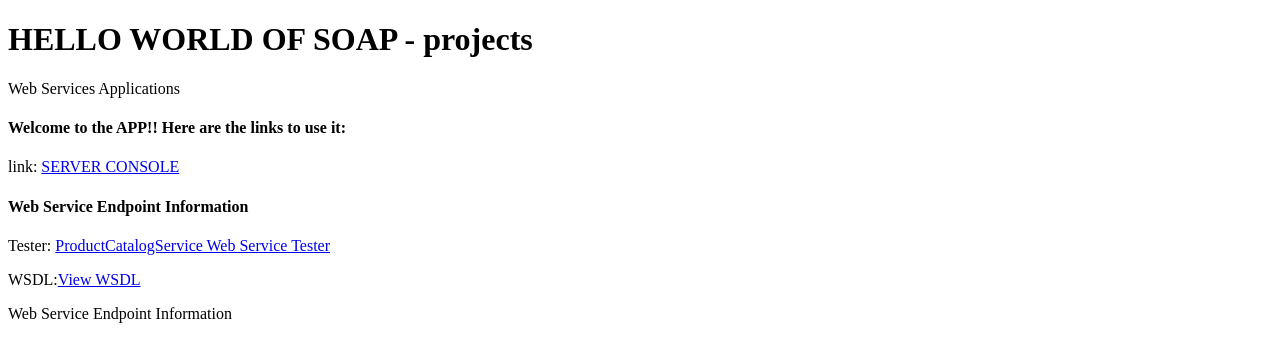
Repository: atafs/BackEnd_JAX-JAX-WS_SOAP
Page: http://localhost/Project_003_SOAP_server_ServiceAndContractFirst/
These files come from the project's save history. The page is drawn as it stood at one moment and after the next save; the edit follows.
The browser window is 1280 px wide. The pictures show the whole page.
The page is served by Tomcat 9.

Above is the page before, as saved 2016-01-26 11:24:12.

After the next save:
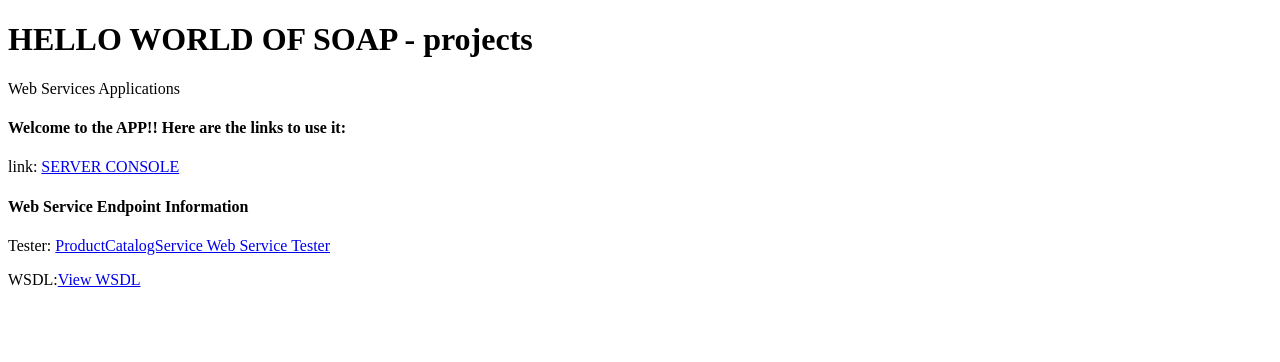
Saved 30 s later.
--- a/Project_003_SOAP_server_ServiceAndContractFirst/WebContent/index.jsp
+++ b/Project_003_SOAP_server_ServiceAndContractFirst/WebContent/index.jsp
@@ -22,8 +22,5 @@
 	<h4>Web Service Endpoint Information</h4>
 	<p>Tester: <a href="http://atafs:9090/Project_003_SOAP_server_ServiceAndContractFirst/ProductCatalogService?Tester">ProductCatalogService Web Service Tester</a></p>
 	<p>WSDL:<a href="http://atafs:9090/Project_003_SOAP_server_ServiceAndContractFirst/ProductCatalogService?wsdl">View WSDL</a></p>
-
-Web Service Endpoint Information
-
 </body>
 </html>
